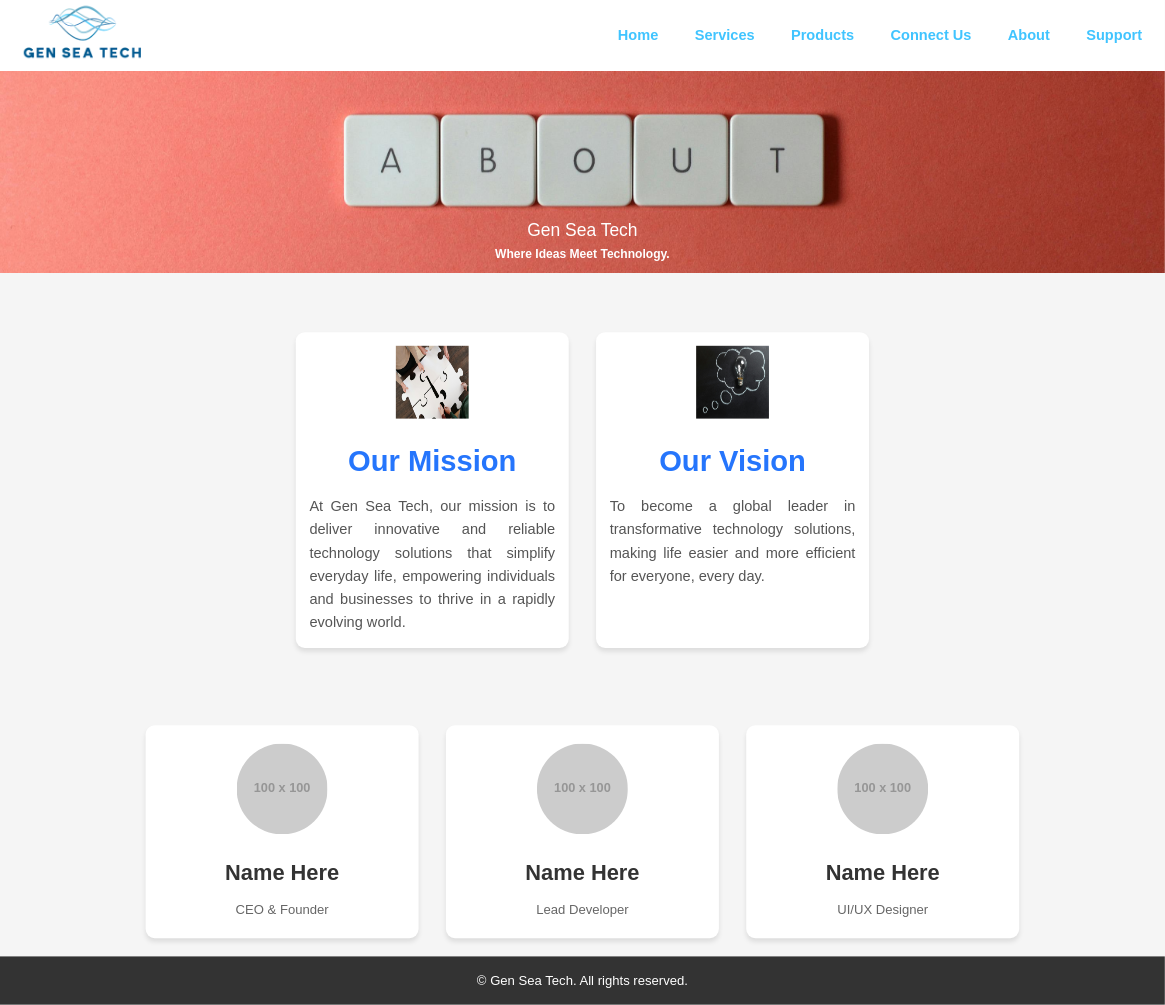
Repository: aniketkhatawkar/Gen_Sea_Tech
Page: http://localhost/GenSeaTech/about.jsp
An editor plug-in stored every save of this project. The page is shown before and after the next save, followed by the edit.
The browser window is 1280 px wide. The pictures show the whole page, at 91% of full size.
The page is served by Tomcat 10. Other server files are loaded and not shown.

Above is the page before, as saved 2024-12-14 12:13:05.

### GenSeaTech/src/main/webapp/about.jsp
<!DOCTYPE html>
<html lang="en">
<head>
<meta charset="UTF-8">
<meta name="viewport" content="width=device-width, initial-scale=1.0">
<title>About</title>
<link rel="icon" href="assets/logo.png" type="image/png" >
<style>
    * {
        margin: 0;
        padding: 0;
        box-sizing: border-box;
        font-family: 'Arial', sans-serif;
    }

    body {
        background-color: #f5f5f5;
        color: #333;
        overflow-x: hidden;
    }

    header {
	    background:  url("assets/about.jpg") no-repeat center center;
	    background-size: cover;
	    object-fit: cover;
		color: #ffffff;
	    padding: 10px 5px;
	    text-align: center;
	}

    header h1 {
        font-size: 3rem;
        margin-bottom: 5px;
    }

    header p {
        font-size: 1.2rem;
        margin-top:150px;
    }

    .mission-vision-section {
        display: flex;
        flex-wrap: wrap;
        justify-content: center;
        gap: 30px;
        margin: 15px;
        padding: 50px;
    }

    .mission-vision-card {
        background: white;
        border-radius: 10px;
        box-shadow: 0 4px 6px rgba(0, 0, 0, 0.1);
        padding: 15px;
        text-align: center;
        width: 300px;
        transition: transform 0.3s ease, box-shadow 0.3s ease;
    }

    .mission-vision-card img {
        width: 80px;
        height: 80px;
        margin-bottom: 15px;
    }

    .mission-vision-card h2 {
        font-size: 2rem;
        color: #2575fc;
        margin-bottom: 10px;
    }

    .mission-vision-card p {
        font-size: 1rem;
        line-height: 1.6;
        color: #555;
        text-align: justify;
    }

    .about-section {
        display: flex;
        flex-wrap: wrap;
        justify-content: center;
        padding: 20px 10px;
        gap: 30px;
    }

    .about-card {
        background: white;
        border-radius: 10px;
        box-shadow: 0 4px 6px rgba(0, 0, 0, 0.1);
        padding: 20px;
        text-align: center;
        width: 300px;
        transition: transform 0.3s ease, box-shadow 0.3s ease;
    }

    .about-card:hover {
        transform: translateY(-10px);
        box-shadow: 0 8px 12px rgba(0, 0, 0, 0.2);
    }

    .about-card img {
        width: 100px;
        height: 100px;
        border-radius: 50%;
        margin-bottom: 15px;
    }

    .about-card h3 {
        margin-bottom: 10px;
        font-size: 1.5rem;
    }

    .about-card p {
        font-size: 0.9rem;
        color: #666;
    }

    @media (max-width: 768px) {
        header h1 {
            font-size: 2.5rem;
        }

        .mission-vision-card {
            width: 100%;
            max-width: 400px;
        }

        .about-card {
            width: 100%;
            max-width: 300px;
        }
    }
</style>
</head>
<body>
	<!-- NavBar -->
	<%@ include file="navbar.jsp" %>

    <header>
        <p>Gen Sea Tech</p>
        <h5>Where Ideas Meet Technology.</h5>
    </header>

    <section class="mission-vision-section">
        <div class="mission-vision-card">
            <img src="assets/mission.jpg" alt="Mission Icon">
            <h2>Our Mission</h2>
            <p>At Gen Sea Tech, our mission is to deliver innovative and reliable technology solutions that simplify everyday life, empowering individuals and businesses to thrive in a rapidly evolving world.</p>
        </div>

        <div class="mission-vision-card">
            <img src="assets/vision.jpg" alt="Vision Icon">
            <h2>Our Vision</h2>
            <p>To become a global leader in transformative technology solutions, making life easier and more efficient for everyone, every day.</p>
        </div>
    </section>

    <section class="about-section" id="team">
        <div class="about-card">
            <img src="https://via.placeholder.com/100" alt="Team Member">
            <h3>Name Here</h3>
            <p>CEO & Founder</p>
        </div>

        <div class="about-card">
            <img src="https://via.placeholder.com/100" alt="Team Member">
            <h3>Name Here</h3>
            <p>Lead Developer</p>
        </div>

        <div class="about-card">
            <img src="https://via.placeholder.com/100" alt="Team Member">
            <h3>Name Here</h3>
            <p>UI/UX Designer</p>
        </div>
    </section>

	<!-- Footer -->
    <%@ include file="footer.jsp" %>
</body>
</html>

### GenSeaTech/src/main/webapp/navbar.jsp
<%@ page language="java" contentType="text/html; charset=UTF-8"
    pageEncoding="UTF-8"%>
<!DOCTYPE html>
<html>
<head>
<meta charset="UTF-8">
<title>Gen Sea Tech</title>
<link rel="icon" href="assets/logo.png" type="image/png" >
<style>
* {
	margin: 0;
	padding: 0;
	box-sizing: border-box;
	font-family: Arial, sans-serif;
}

body {
	line-height: 1.6;
}
.navbar {
	background-color: #ffffff;
	color: #fff;
	padding: 5px 5px;
	display: flex;
	justify-content: space-between;
	align-items: center;
	position: relative;
}

.navbar a {
	color: #40c4ff;
	text-decoration: none;
	margin: 0 20px;
	font-weight: bold;
}

.navbar a:hover {
	color: #757575;
}

.links {
	display: flex;
}
@media (max-width: 768px) {
	.links {
		display: none;
		flex-direction: column;
		background-color: #333;
		position: absolute;
		top: 50px;
		right: 10px;
		width: 200px;
		border-radius: 5px;
		box-shadow: 0px 4px 6px rgba(0, 0, 0, 0.1);
	}

	.links a {
		margin: 10px 0;
		text-align: center;
	}

	.hamburger {
		display: flex;
	}

	.links.active {
		display: flex;
	}
}
</style>
</head>
<body>
	<div class="navbar">
		<div class="logo">
        <a href="home.jsp"><img src="assets/namelogo.png" alt="Gen Sea Tech Logo" style="height: 60px; margin-right: 10px;"></a>
    	</div>
		<div class="links">
			<a href="home.jsp">Home</a>
			<a href="services.jsp">Services</a>
			<a href="products.jsp">Products</a>
			<a href="connectus.jsp">Connect Us</a>
			<a href="about.jsp">About</a>
			<a href="#support.jsp">Support</a>
		</div>
	</div>
</body>
</html>

### GenSeaTech/src/main/webapp/footer.jsp
<%@ page language="java" contentType="text/html; charset=UTF-8"
    pageEncoding="UTF-8"%>
<!DOCTYPE html>
<html>

<head>

<style>
	footer {
        background-color: #333;
        color: white;
        text-align: center;
        padding: 15px;
        margin-top: 0px;
    }

    footer p {
        font-size: 0.9rem;
    }
</style>

	<meta charset="UTF-8">
	<title>Footer</title>
</head>

<body>
	<footer>
        <p>&copy; Gen Sea Tech. All rights reserved.</p>
    </footer>
</body>

</html>

After the next save:
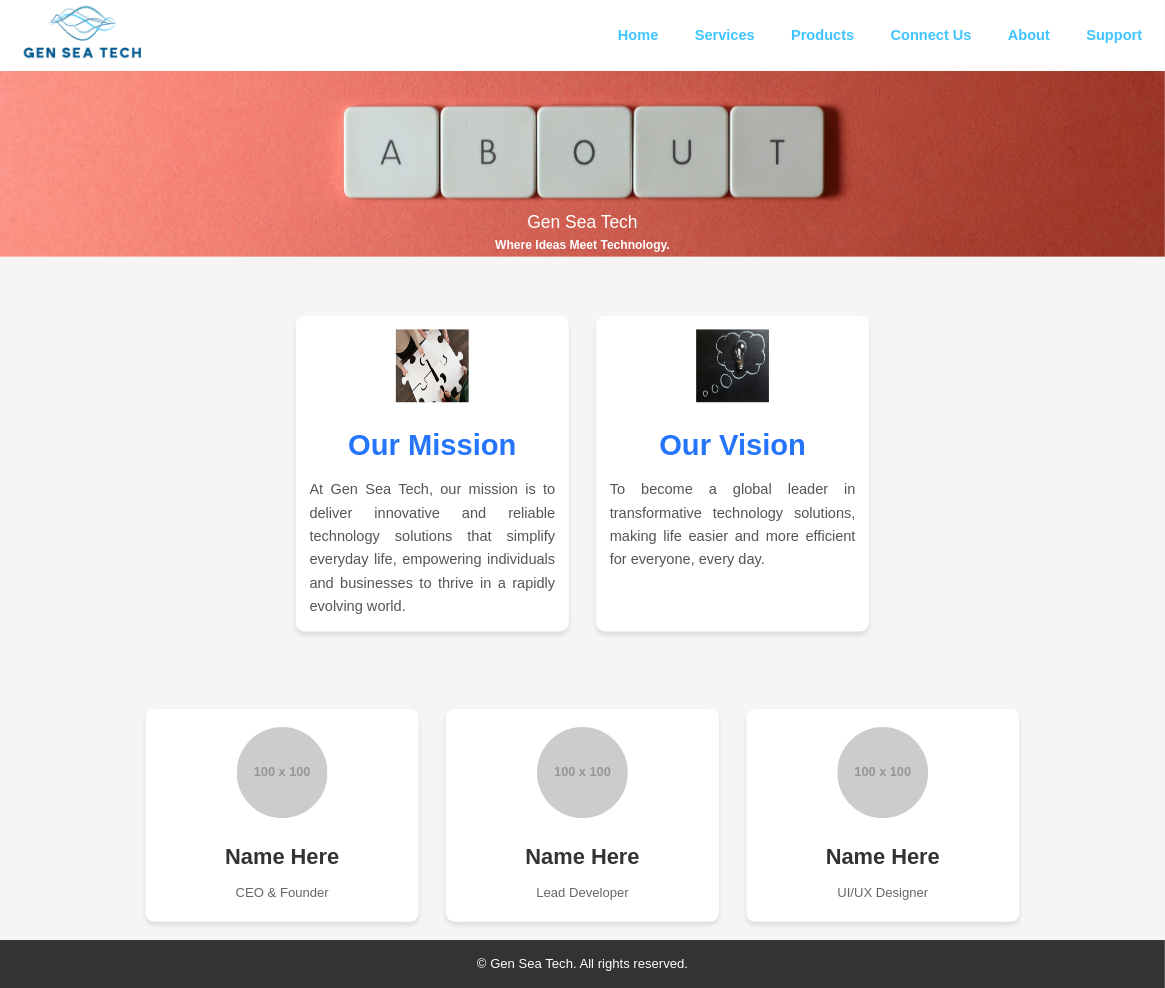
Saved 26 s later.
--- a/GenSeaTech/src/main/webapp/about.jsp
+++ b/GenSeaTech/src/main/webapp/about.jsp
@@ -24,7 +24,7 @@
 	    background-size: cover;
 	    object-fit: cover;
 		color: #ffffff;
-	    padding: 10px 5px;
+	    padding: 1px 5px;
 	    text-align: center;
 	}
 
